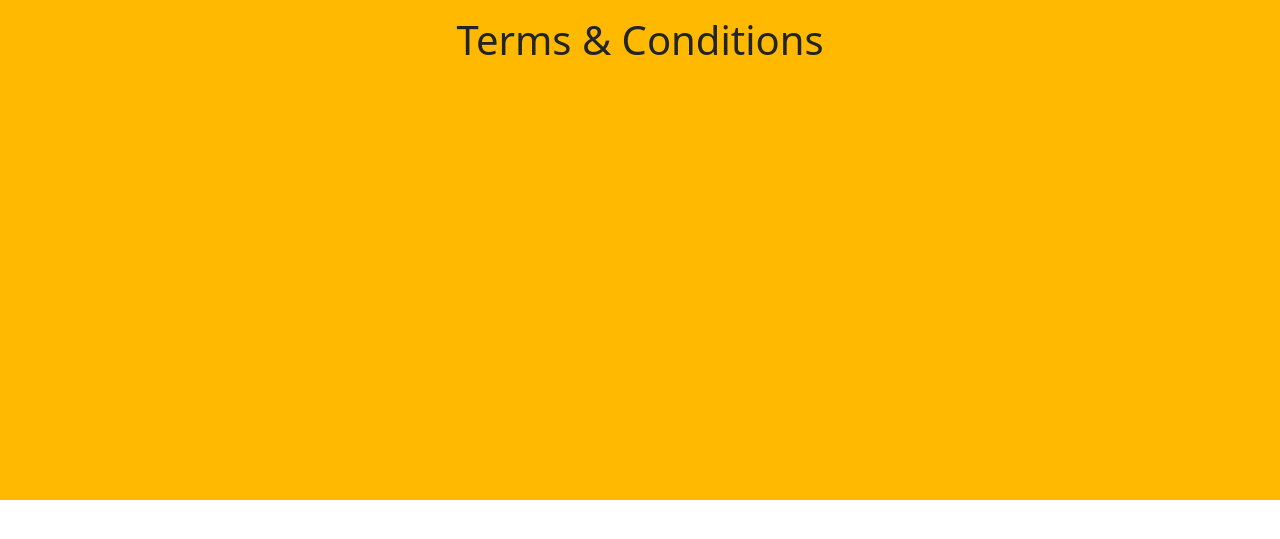
Repository: injectGroup/github.io
Page: terms.html
These files come from the project's save history. The page is drawn as it stood at one moment and after the next save; the edit follows.
The browser window is 1280 px wide. The pictures show the whole page.

Above is the page before, as saved 2023-11-29 12:45:19.

### terms.html
<!doctype html>
<html lang="en">

<head>
    <meta charset="utf-8">
    <meta name="viewport" content="width=device-width, initial-scale=1">
    <title>Bootstrap demo</title>
    <!-- GOULD CUSTOM CSS-->
    <link rel="stylesheet" href="/gouldwalletlegal/css/gouldcustom.css">
    <!--- BOOTSTRAP CDN -->
    <link href="https://cdn.jsdelivr.net/npm/bootstrap@5.3.2/dist/css/bootstrap.min.css" rel="stylesheet"
        integrity="sha384-T3c6CoIi6uLrA9TneNEoa7RxnatzjcDSCmG1MXxSR1GAsXEV/Dwwykc2MPK8M2HN" crossorigin="anonymous">
</head>

<body>
    <!-- Content here -->
    <div class="container-fluid text-center terms-content">
        <div class="row align-items-center">
            <div class="col align-self-center">
                <h1 class="text-center">
                    Terms & Conditions
                </h1>
            </div>
        </div>
    </div>
    <!-- BOOTSTRAP JS-->
    <script src="https://cdn.jsdelivr.net/npm/bootstrap@5.3.2/dist/js/bootstrap.bundle.min.js"
        integrity="sha384-C6RzsynM9kWDrMNeT87bh95OGNyZPhcTNXj1NW7RuBCsyN/o0jlpcV8Qyq46cDfL"
        crossorigin="anonymous"></script>
</body>

</html>

### gouldwalletlegal/css/gouldcustom.css
/*
 *AUTHOR: Abdulkadir Mohammed @ Inject
 *DATE: Wed 29 November 2023
  *
 *This is a custom css for gould wallet.
 */
/*****************************
 *********** HEAD ***********
 *****************************/
.terms-content {
    background-color: #FFB900;
    padding: 16px 0px 16px 0px;
    height: 500px;
    width: 100%;
    padding-right: 15px;
    padding-left: 15px;
    margin-right: auto;
    margin-left: auto;
    display: block;
    box-sizing: border-box;
}


/*****************************
  *********** BODY ***********
 *****************************/

/*****************************
 *********** FOOTER ***********
*****************************/

After the next save:
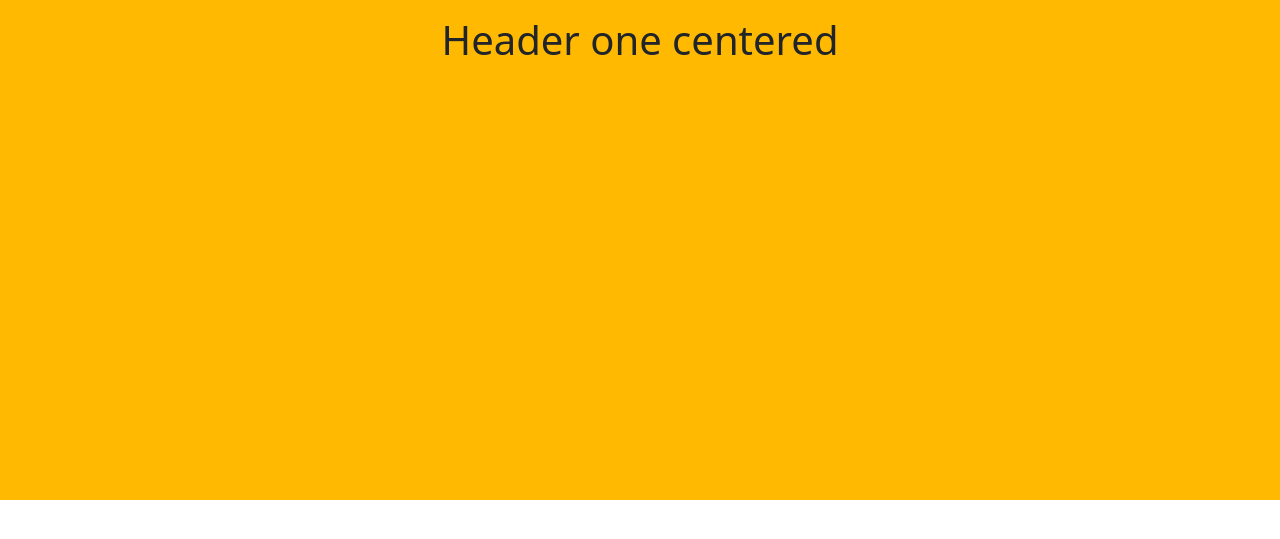
Saved 75 s later.
--- a/terms.html
+++ b/terms.html
@@ -15,13 +15,7 @@
 <body>
     <!-- Content here -->
     <div class="container-fluid text-center terms-content">
-        <div class="row align-items-center">
-            <div class="col align-self-center">
-                <h1 class="text-center">
-                    Terms & Conditions
-                </h1>
-            </div>
-        </div>
+        <h1>Header one centered</h1>
     </div>
     <!-- BOOTSTRAP JS-->
     <script src="https://cdn.jsdelivr.net/npm/bootstrap@5.3.2/dist/js/bootstrap.bundle.min.js"

After the save that followed:
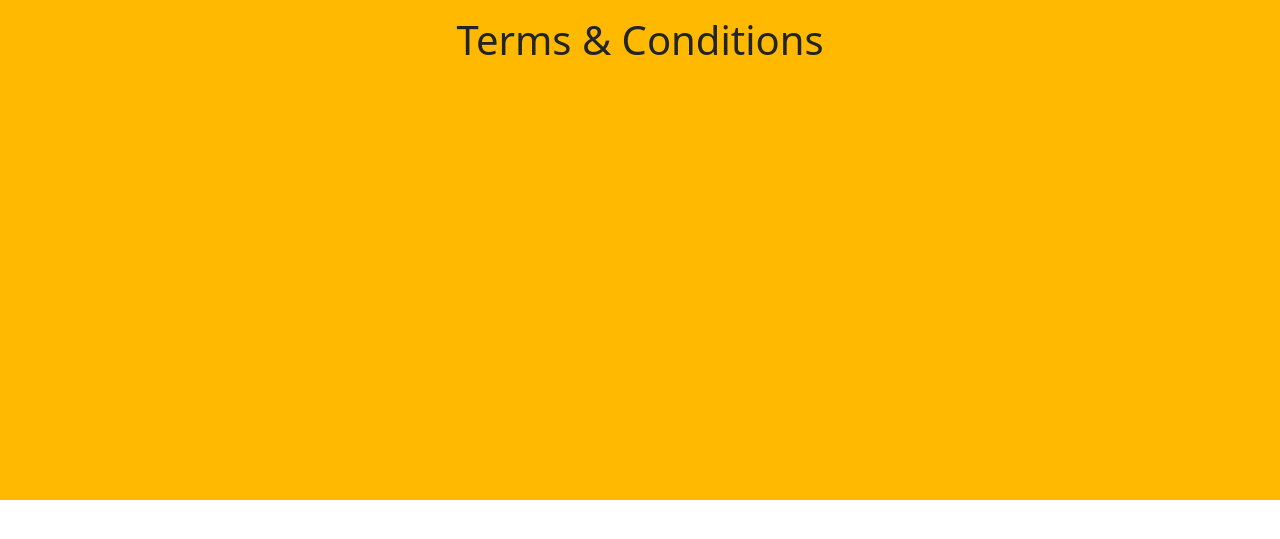
Saved 18 s later.
--- a/terms.html
+++ b/terms.html
@@ -15,7 +15,13 @@
 <body>
     <!-- Content here -->
     <div class="container-fluid text-center terms-content">
-        <h1>Header one centered</h1>
+        <div class="row align-items-center">
+            <div class="col align-self-center">
+                <h1 class="text-center">
+                    Terms & Conditions
+                </h1>
+            </div>
+        </div>
     </div>
     <!-- BOOTSTRAP JS-->
     <script src="https://cdn.jsdelivr.net/npm/bootstrap@5.3.2/dist/js/bootstrap.bundle.min.js"
